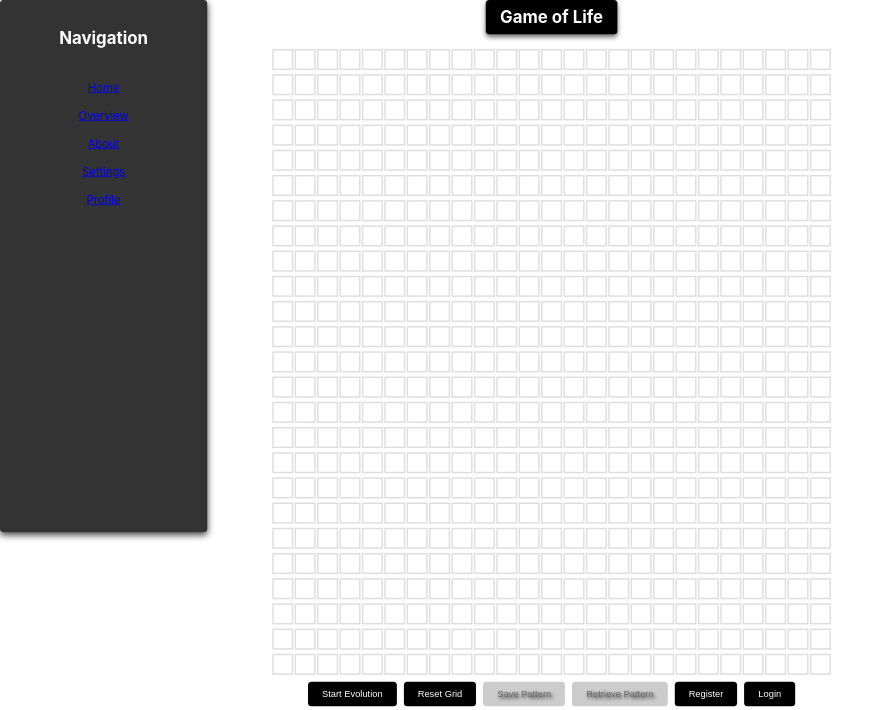
Repository: MarioDiekmann/GameOfLife
Page: /
The author's editor kept a copy of each file at every save. The page is drawn from the files as they stood at one save, then again after the next save.
The browser window is 1280 px wide. The pictures show the part of the page from y = 0 to 1920 px (the page is 1014 px tall before and 4114 px after), at 70% of full size.
The project was rebuilt for these pictures with package versions that can differ from the ones it lists, and the page was loaded fresh each time. Also part of the build but not shown: src/components/InputForm.js, src/components/LoadPatternForm.js, src/components/RegistrationForm.js, src/components/LoginForm.js, src/pages/Overview.js.

Above is the page before, as saved 2024-11-05 16:08:53.

After the next save:
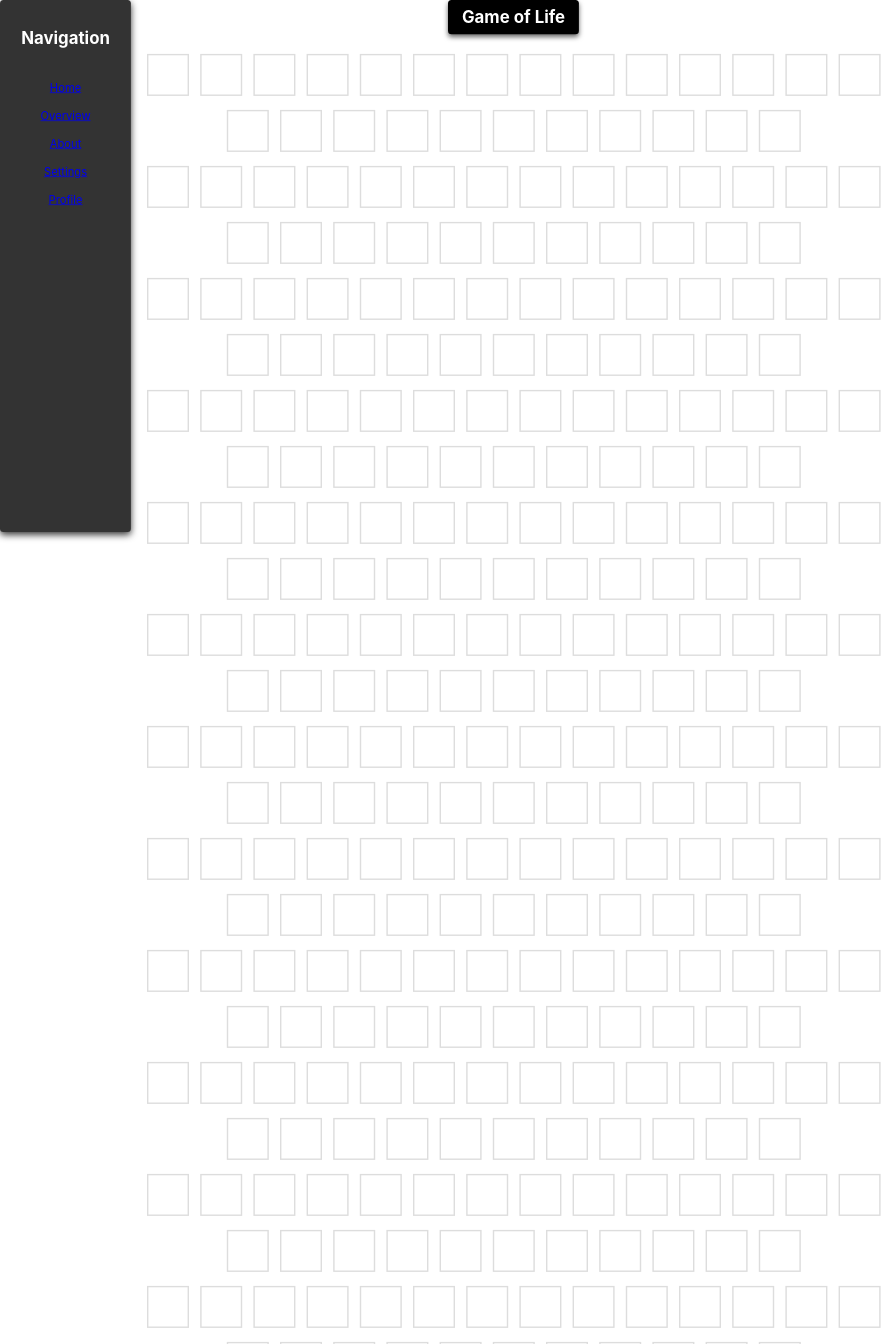
Saved 3 min 13 s later.
--- a/src/components/Cell.js
+++ b/src/components/Cell.js
@@ -4,11 +4,11 @@
 const Cell = ({ isAlive, onClick, numResizes }) => {
   // Base sizes for cell dimensions and margin
   const baseSize = 30; // Base cell size when numResizes = 1
-  const baseMargin = 1; // Base margin when numResizes = 1
+  const baseMargin = 4; // Base margin when numResizes = 1
 
   // Calculate cell size and margin based on numResizes
-  const cellSize = baseSize / Math.pow(2, numResizes );
-  const marginSize = baseMargin / Math.pow(2, numResizes);
+  const cellSize = baseSize / Math.pow(2, numResizes - 1);
+  const marginSize = baseMargin / Math.pow(2, numResizes - 1);
 
   return (
     <div
@@ -17,7 +17,7 @@
       style={{
         width: `${cellSize}px`,
         height: `${cellSize}px`,
-        margin: `${marginSize}px`,
+        margin: `${marginSize}px`, // Uniform margin applied
       }}
     ></div>
   );
--- a/src/components/Cell.css
+++ b/src/components/Cell.css
@@ -1,14 +1,14 @@
 .cell {
-  display: inline-block;
+  display: inline-flex; /* Align cells next to each other */
   border: 2px solid #ddd;
-  box-sizing: border-box;
+  box-sizing: border-box; /* Ensure padding and border are included in width/height */
   transition: background-color 0.3s;
 }
 
 .cell.alive {
-  background-color: black;
+  background-color: black; /* Green for living cells */
 }
 
 .cell.dead {
-  background-color: white;
+  background-color: white; /* Red for dead cells */
 }

After the save that followed:
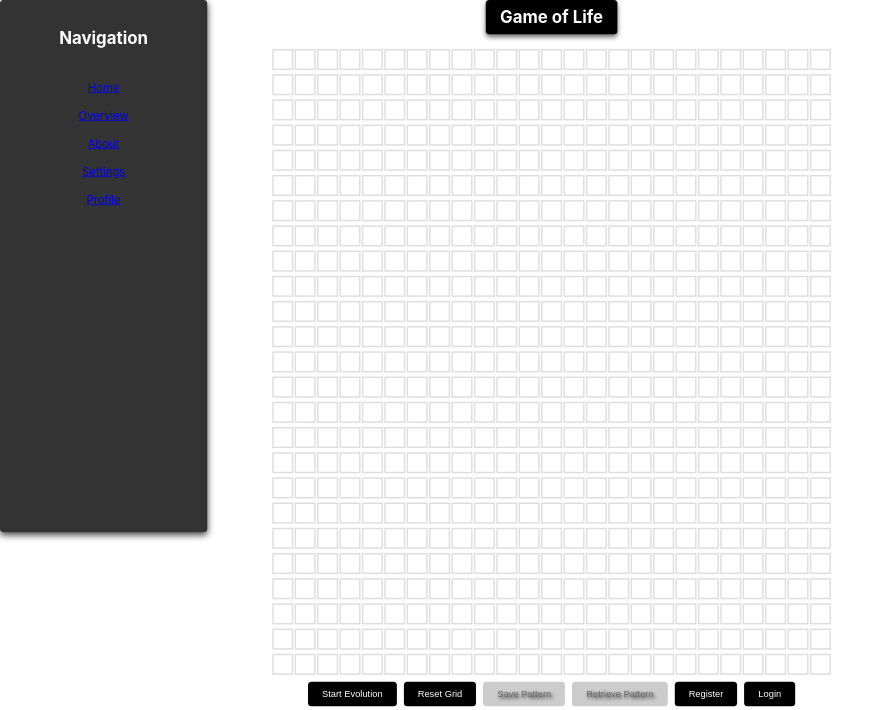
Saved 32 s later.
--- a/src/components/Cell.js
+++ b/src/components/Cell.js
@@ -4,11 +4,11 @@
 const Cell = ({ isAlive, onClick, numResizes }) => {
   // Base sizes for cell dimensions and margin
   const baseSize = 30; // Base cell size when numResizes = 1
-  const baseMargin = 4; // Base margin when numResizes = 1
+  const baseMargin = 1; // Base margin when numResizes = 1
 
   // Calculate cell size and margin based on numResizes
-  const cellSize = baseSize / Math.pow(2, numResizes - 1);
-  const marginSize = baseMargin / Math.pow(2, numResizes - 1);
+  const cellSize = baseSize / Math.pow(2, numResizes );
+  const marginSize = baseMargin / Math.pow(2, numResizes);
 
   return (
     <div
@@ -17,7 +17,7 @@
       style={{
         width: `${cellSize}px`,
         height: `${cellSize}px`,
-        margin: `${marginSize}px`, // Uniform margin applied
+        margin: `${marginSize}px`,
       }}
     ></div>
   );
--- a/src/components/Cell.css
+++ b/src/components/Cell.css
@@ -1,14 +1,14 @@
 .cell {
-  display: inline-flex; /* Align cells next to each other */
+  display: inline-block;
   border: 2px solid #ddd;
-  box-sizing: border-box; /* Ensure padding and border are included in width/height */
+  box-sizing: border-box;
   transition: background-color 0.3s;
 }
 
 .cell.alive {
-  background-color: black; /* Green for living cells */
+  background-color: black;
 }
 
 .cell.dead {
-  background-color: white; /* Red for dead cells */
+  background-color: white;
 }
